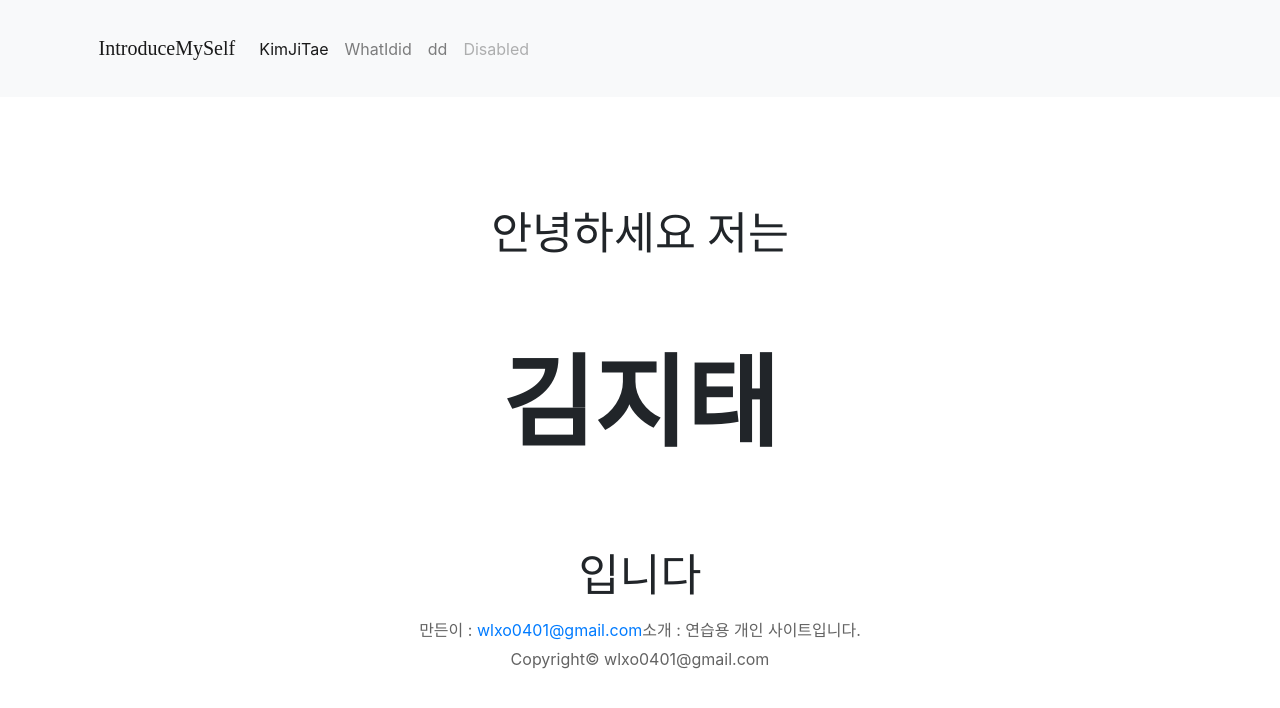
Repository: wlxo0401/IntroduveMySelf
Page: IntroduceMySelf/WebContent/Index.html
These files come from the project's save history. The page is drawn as it stood at one moment and after the next save; the edit follows.
The browser window is 1280 px wide. The pictures show the whole page.

Above is the page before, as saved 2020-03-11 06:30:36.

### IntroduceMySelf/WebContent/Index.html
<!DOCTYPE html>
<html>
  <head>
    <!-- Required meta tags -->
    <meta charset="utf-8">
    <meta name="viewport" content="width=device-width, initial-scale=1, shrink-to-fit=no">

    <!-- Bootstrap CSS -->
    <link rel="stylesheet" href="https://stackpath.bootstrapcdn.com/bootstrap/4.4.1/css/bootstrap.min.css" integrity="sha384-Vkoo8x4CGsO3+Hhxv8T/Q5PaXtkKtu6ug5TOeNV6gBiFeWPGFN9MuhOf23Q9Ifjh" crossorigin="anonymous">

    <title>Hello, world!</title>
    <link rel = "stylesheet" href = "style.css">
  </head>
<body>

<div id = "wrap">
	<!-- header -->
	<div id = "header">
		<nav class="navbar navbar-expand-lg navbar-light bg-light nav-distance">
			<a class="navbar-brand" href="https://pensive-heyrovsky-621c38.netlify.com/#">IntroduceMySelf</a>
		  	<button class="navbar-toggler" type="button" data-toggle="collapse" data-target="#navbarNav" aria-controls="navbarNav" aria-expanded="false" aria-label="Toggle navigation">
		    	<span class="navbar-toggler-icon"></span>
		  	</button>
		  	<div class="collapse navbar-collapse" id="navbarNav">
		    	<ul class="navbar-nav">
		      		<li class="nav-item active">
		        		<a class="nav-link" href="#">KimJiTae <span class="sr-only">(current)</span></a>
		      		</li>
		      		<li class="nav-item">
		        		<a class="nav-link" href="#">WhatIdid</a>
		      		</li>
		      		<li class="nav-item">
		        		<a class="nav-link" href="#">dd</a>
		      		</li>
		      		<li class="nav-item">
		        		<a class="nav-link disabled" href="#" tabindex="-1" aria-disabled="true">Disabled</a>
		      		</li>
		    	</ul>
			</div>
		</nav>
	</div>
	<!-- //header -->
	<!-- container -->
	<div class = "container">
		<!-- <img src="img/kimjitae1.jpg" id="bg" alt=""> -->
		<h1 class = "maintitle2">안녕하세요 저는</h2>
		<h1 class = "maintitle1">김지태</h1>
		<h1 class = "maintitle2">입니다</h2>
	</div>
	<!-- //container -->
	<!-- footer -->
	<div id = "footer">
		<div class="footer-intro">만든이 : <a href="wlxo0401@gmail.com"> wlxo0401@gmail.com</a><span class="bar"></span>소개 : 연습용 개인 사이트입니다.</div>
		<div class="copyright">Copyright© wlxo0401@gmail.com</div>
	</div>
	<!-- //footer -->
</div>
<!-- Optional JavaScript -->
<!-- jQuery first, then Popper.js, then Bootstrap JS -->
<script src="https://code.jquery.com/jquery-3.4.1.slim.min.js" integrity="sha384-J6qa4849blE2+poT4WnyKhv5vZF5SrPo0iEjwBvKU7imGFAV0wwj1yYfoRSJoZ+n" crossorigin="anonymous"></script>
<script src="https://cdn.jsdelivr.net/npm/popper.js@1.16.0/dist/umd/popper.min.js" integrity="sha384-Q6E9RHvbIyZFJoft+2mJbHaEWldlvI9IOYy5n3zV9zzTtmI3UksdQRVvoxMfooAo" crossorigin="anonymous"></script>
<script src="https://stackpath.bootstrapcdn.com/bootstrap/4.4.1/js/bootstrap.min.js" integrity="sha384-wfSDF2E50Y2D1uUdj0O3uMBJnjuUD4Ih7YwaYd1iqfktj0Uod8GCExl3Og8ifwB6" crossorigin="anonymous"></script>
</body>
</html>

### IntroduceMySelf/WebContent/style.css
body{
	margin: 0;
	padding: 0;
}

#bg {
  position: fixed;
  top: 0;
  left: 0;

  /* Preserve aspet ratio */
  min-width: 100%;
  min-height: 100%;
}

.container{
	margin-top: 100px;
}

.maintitle1{
	font-family: NanumSquareR;
	font-size: 100px;
	line-height: 1.67;
	text-transform: uppercase;
	font-weight: 900;
	text-align: center;
	color: #354655d;
	margin-top: 50px;
	margin-bottom: 50px;
}


.maintitle2{
	text-transform: uppercase;
	font-family: NanumSquareR;
	font-size: 44.5px;
	line-height: 1.67;
	text-align: center;
	color: #354655d;
}


.nav-distance{
	padding: 2.1% 7.7%
}

.navbar-brand{
	font-family: NanumSquareR;
	line-height: 1.68;
	text-align: left;
	color: #35465d;
}


/* On screens that are 600px or less, set the background color to olive */
@media screen and (max-width: 600px) {
  html {
    font-size: 10px;
  }
  .navbar-brand{
  	font-size: 4rem;
  }
}
.footer-intro {
    text-align: center;
    margin-top: 10px;
    line-height: 14px;
    color: #636363;
}
.address span.bar {
    display: inline-block;
    width: 1px;
    height: 10px;
    background: #bebebe;
    margin: 0 10px;
}
.copyright {
    margin-top: 10px;
    text-align: center;
    color: #636363;
}

After the next save:
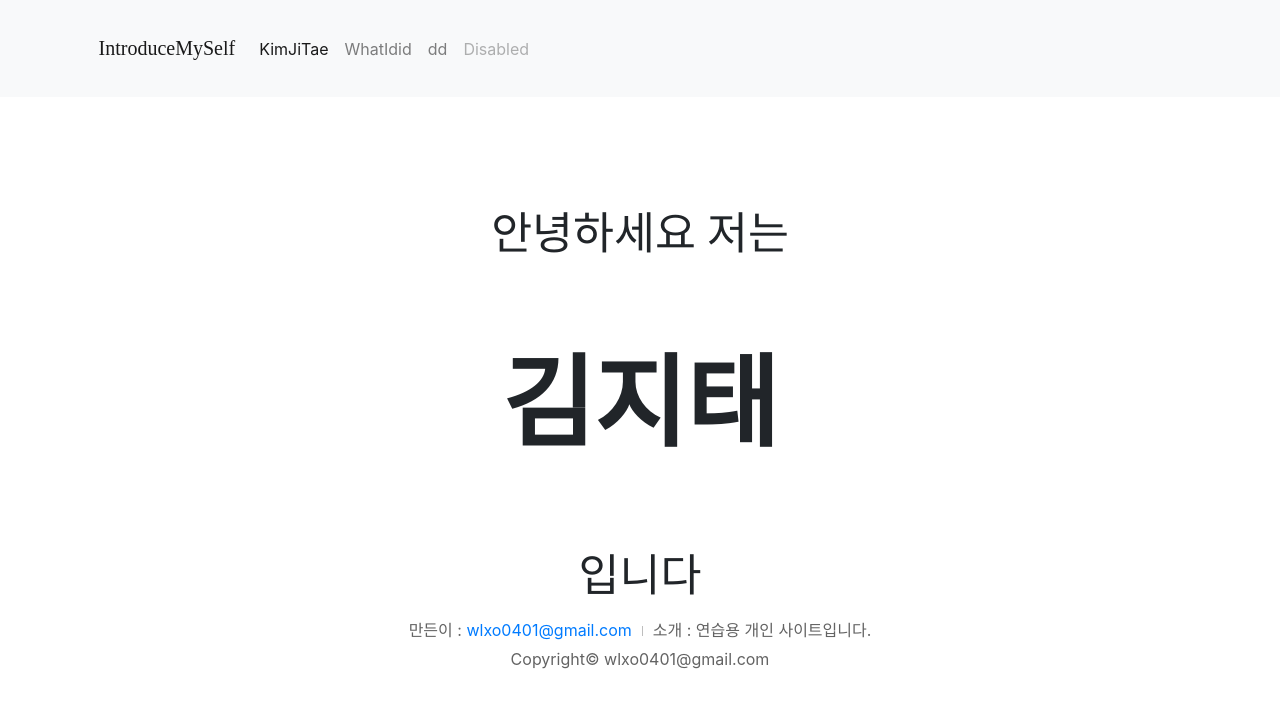
Saved 7 s later.
--- a/IntroduceMySelf/WebContent/style.css
+++ b/IntroduceMySelf/WebContent/style.css
@@ -67,7 +67,7 @@ body{
     line-height: 14px;
     color: #636363;
 }
-.address span.bar {
+.footer-intro span.bar {
     display: inline-block;
     width: 1px;
     height: 10px;
